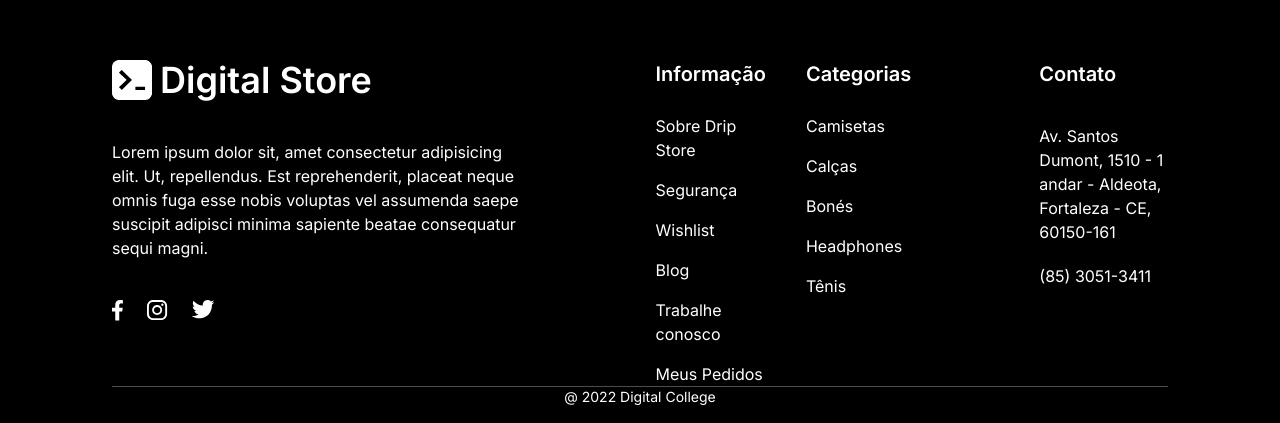
Repository: geracao-09/digital-store
Page: index.html
These files come from the project's save history. The page is drawn as it stood at one moment and after a run of saves; the edit follows.
The browser window is 1280 px wide. The pictures show the part of the page from y = 3410 to 3913 px (the page is 3833 px tall before and 3913 px after).
A picture or video elsewhere on the page could not be fetched, so the positions and the page height are approximate.

Above is the page before, as saved 2025-04-25 09:05:33.

### index.html
<!DOCTYPE html>
<html lang="pt-br">
<head>
    <meta charset="UTF-8">
    <meta name="viewport" content="width=device-width, initial-scale=1.0">
    <title>Digital Store</title>
    <link href="./style.css" rel="stylesheet">
    <script src="https://cdn.jsdelivr.net/npm/@tailwindcss/browser@4"></script>
    <link rel="shortcut icon" href="/assets/digital-logo.svg" type="image/x-icon">
</head>
<body>
<header class="flex flex-col gap-12 px-[108px] py-[38px]">
    <div class="flex items-center justify-between">
        <div class="flex gap-1">
            <img src="/assets/digital-logo.svg" alt="Logo da Digital Store">
            <h1 class="text-4xl text-(--primary-color) font-semibold">Digital Store</h1>
        </div>
        <input type="text" placeholder="Pesquisar produto..." class="bg-(--light-gray-3) py-2 px-3 rounded-lg ml-40 mr-14 bg-[url(/assets/icons/search.svg)] bg-no-repeat bg-right focus:placeholder-transparent w-[560px]" />
        <div>
            <a href="#" class="bg-(--primary-color) text-white rounded-lg px-7 py-3 font-bold text-sm">
                Entrar
            </a>
        </div>
        <div class="relative">
            <img src="/assets/icons/cart.svg" alt="Imagem de um carrinho de compras">
            <div class="flex justify-center items-center absolute bg-(--tertiary-color) text-white font-bold text-xs rounded-full w-[18px] h-[18px] bottom-[15px] left-3">
                2
            </div>
        </div>
    </div>
    </div>
    <nav class="pl-32">
        <ul class="flex gap-6 text-(--dark-gray-2)">
            <li class="hover:text-(--primary-color) hover:font-bold">
                <a href="#">
                Home
            </a>
        </li>
            <li class="hover:text-(--primary-color) hover:font-bold">
                <a href="#">
                Produtos
            </a>
        </li>
            <li class="hover:text-(--primary-color) hover:font-bold">
                <a href="#">
                Categorias
            </a>
        </li>
            <li class="hover:text-(--primary-color) hover:font-bold">
                <a href="#">
                Meus Pedidos
            </a>
        </li>
        </ul>
    </nav>
</header>
<main>
    <section class="flex px-[108px] bg-(--light-gray-3) py-[78px] h-[680px] relative">
        <div class="flex flex-col gap-5 w-[466px]">
            <p class="text-(--warning-color) font-bold">
                Melhores ofertas personalizadas
            </p>
            <h2 class="font-extrabold text-6xl">
                Queima de estoque Nike 🔥
            </h2>
            <p class="text-(--dark-gray-2) text-lg">
                Consequat culpa exercitation mollit nisi excepteur do do tempor laboris eiusmod irure consectetur.
            </p>
            <a href="#" class="flex items-center justify-center bg-(--primary-color) text-(--light-gray-3) font-bold w-[220px] h-[48px] rounded-lg">
                Ver Ofertas
            </a>
        </div>
        <img src="/assets/pictures/white-sneakers.svg" alt="Foto de um tenis branco" class="absolute right-28 bottom-8"/>
        <img src="/assets/ornaments/ornament.svg" alt="Firula do site - by wendell" class="absolute top-12 right-8">
    </section>
    <section class="flex flex-col gap-15 px-[108px] py-[42px]">
        <div class="flex flex-col gap-10">
            <h4 class="text-(--dark-gray-2) font-bold text-2xl">
                Coleções em destaque
            </h4>
            <ul class="grid grid-cols-3 gap-3.5 h-68">
                <li  class="flex bg-[#D8E3F2] pl-8 pt-8 rounded-md relative bg-[url(/assets/pictures/star-wars-shirt-pic.svg)] bg-no-repeat bg-bottom-right">
                    <div class="w-1/2 z-10">
                    <p class="bg-[#E7FF86] rounded-4xl font-bold text-(--dark-gray-2) w-[96px] text-center py-1.5 text-sm">
                        30% OFF
                    </p>
                    <h5 class="font-bold text-(--dark-gray) text-4xl mt-2.5 mb-8">
                        Novo drop Supreme
                    </h5>
                    <a href="#" class="text-(--primary-color) bg-white rounded-xl font-bold px-12 py-4.5">
                        Comprar
                    </a>
                </div>
                </li>
                <li  class="flex bg-[#D8E3F2] pl-8 pt-8 rounded-md relative bg-[url(/assets/pictures/sneaks-pic.svg)] bg-no-repeat bg-bottom-right">
                    <div class="w-1/2 z-10">
                    <p class="bg-[#E7FF86] rounded-4xl font-bold text-(--dark-gray-2) w-[96px] text-center py-1.5 text-sm">
                        30% OFF
                    </p>
                    <h5 class="font-bold text-(--dark-gray) text-4xl mt-2.5 mb-8">
                        Coleção Adidas
                    </h5>
                    <a href="#" class="text-(--primary-color) bg-white rounded-xl font-bold px-12 py-4.5">
                        Comprar
                    </a>
                </div>
                </li>
                <li  class="flex bg-[#D8E3F2] pl-8 pt-8 rounded-md relative bg-[url(/assets/pictures/headphone-pic.svg)] bg-no-repeat bg-bottom-right">
                    <div class="w-1/2 z-10">
                    <p class="bg-[#E7FF86] rounded-4xl font-bold text-(--dark-gray-2) w-[96px] text-center py-1.5 text-sm">
                        30% OFF
                    </p>
                    <h5 class="font-bold text-(--dark-gray) text-4xl mt-2.5 mb-8">
                        Novo<br> Beats Bass
                    </h5>
                    <a href="#" class="text-(--primary-color) bg-white rounded-xl font-bold px-12 py-4.5">
                        Comprar
                    </a>
                </div>
                </li>
            </ul>
        </div>
        <div class="bg-[url(/assets/icons/house-border.svg)] bg-no-repeat bg-center object-contain flex flex-col items-center gap-5 pt-5.5 h-[318px]">
            <h1 class="font-bold text-2xl text-(--dark-gray-2)">
                Coleções em destaque
            </h1>
            <ul class="flex gap-8">
                <li><a href="#">
                    <div class="bg-[url(/assets/icons/t-shirt.svg)] w-[104px] h-[104px] bg-white bg-no-repeat bg-center rounded-full"></div>
                    <p class="font-bold text-sm text-(--dark-gray-2) text-center">Camisetas</p>
                </a></li>
                <li><a href="#">
                    <div class="bg-[url(/assets/icons/pants.svg)] w-[104px] h-[104px] bg-white bg-no-repeat bg-center rounded-full"></div>
                    <p class="font-bold text-sm text-(--dark-gray-2) text-center">Calças</p>
                </a></li>
                <li><a href="#">
                    <div class="bg-[url(/assets/icons/cap.svg)] w-[104px] h-[104px] bg-white bg-no-repeat bg-center rounded-full"></div>
                    <p class="font-bold text-sm text-(--dark-gray-2) text-center">Bonés</p>
                </a></li>
                <li><a href="#">
                    <div class="bg-[url(/assets/icons/headphones.svg)] w-[104px] h-[104px] bg-white bg-no-repeat bg-center rounded-full"></div>
                    <p class="font-bold text-sm text-(--dark-gray-2) text-center">Headphones</p>
                </a></li>
                <li><a href="#">
                    <div class="bg-[url(/assets/icons/sneakers.svg)] w-[104px] h-[104px] bg-white bg-no-repeat bg-center rounded-full"></div>
                    <p class="font-bold text-sm text-(--dark-gray-2) text-center">Tênis</p>
                </a></li>
            </ul>
        </div>
    </section>
    <section class="px-[108px]">
        <div class="flex justify-between mb-5">
            <h4 class="text-(--dark-gray-2) font-bold text-2xl">
                Produtos em  alta
            </h4>
            <div class="flex gap-2 items-center">
                <a href="#" class="text-(--primary-color) text-[18px]">
                    Ver todos
                </a>
                <img src="/assets/ornaments/arrow-right.svg" alt="Flecha apontando pra direita" class="w-[24px]">
            </div>
        </div>
        <ul class="grid grid-cols-4">
            <li class="mb-5">
            <div class="bg-[url(/assets/pictures/sneaks-pic2.svg)] w-[292px] h-[320px] bg-white bg-no-repeat bg-center relative">
                <div class="flex justify-center items-center bg-[#E7FF86] font-bold text-sm h-[32px] w-[96px] rounded-4xl absolute left-5 top-5">50% off</div>
            </div>
                <div>
                    <p class="text-xs text-(--light-gray) font-bold">
                        Tênis
                    </p>
                    <h5 class="text-2xl text-(--dark-gray-2)">
                        K-Swiss V8 - Masculino
                    </h5>
                    <div class="flex gap-2">
                    <h5 class="text-(--light-gray) line-through text-2xl">
                        $200
                    </h5>
                    <h5 class="font-bold text-2xl">
                        $100
                    </h5>
                </div>
            </div>
            </li>
            <li class="mb-5">
            <div class="bg-[url(/assets/pictures/sneaks-pic2.svg)] w-[292px] h-[320px] bg-white bg-no-repeat bg-center relative">
                <div class="flex justify-center items-center bg-[#E7FF86] font-bold text-sm h-[32px] w-[96px] rounded-4xl absolute left-5 top-5">50% off</div>
            </div>
                <div>
                    <p class="text-xs text-(--light-gray) font-bold">
                        Tênis
                    </p>
                    <h5 class="text-2xl text-(--dark-gray-2)">
                        K-Swiss V8 - Masculino
                    </h5>
                    <div class="flex gap-2">
                    <h5 class="text-(--light-gray) line-through text-2xl">
                        $200
                    </h5>
                    <h5 class="font-bold text-2xl">
                        $100
                    </h5>
                </div>
            </div>
            </li>
            <li class="mb-5">
            <div class="bg-[url(/assets/pictures/sneaks-pic2.svg)] w-[292px] h-[320px] bg-white bg-no-repeat bg-center relative">
            </div>
                <div>
                    <p class="text-xs text-(--light-gray) font-bold">
                        Tênis
                    </p>
                    <h5 class="text-2xl text-(--dark-gray-2)">
                        K-Swiss V8 - Masculino
                    </h5>
                    <h5 class="font-bold text-2xl">
                        $100
                    </h5>
            </div>
            </li>
            <li class="mb-5">
            <div class="bg-[url(/assets/pictures/sneaks-pic2.svg)] w-[292px] h-[320px] bg-white bg-no-repeat bg-center relative">
            </div>
                <div>
                    <p class="text-xs text-(--light-gray) font-bold">
                        Tênis
                    </p>
                    <h5 class="text-2xl text-(--dark-gray-2)">
                        K-Swiss V8 - Masculino
                    </h5>
                    <h5 class="font-bold text-2xl">
                        $100
                    </h5>
            </div>
            </li>
            <li class="mb-5">
            <div class="bg-[url(/assets/pictures/sneaks-pic2.svg)] w-[292px] h-[320px] bg-white bg-no-repeat bg-center relative">
            </div>
                <div>
                    <p class="text-xs text-(--light-gray) font-bold">
                        Tênis
                    </p>
                    <h5 class="text-2xl text-(--dark-gray-2)">
                        K-Swiss V8 - Masculino
                    </h5>
                    <h5 class="font-bold text-2xl">
                        $100
                    </h5>
            </div>
            </li>
            <li class="mb-5">
            <div class="bg-[url(/assets/pictures/sneaks-pic2.svg)] w-[292px] h-[320px] bg-white bg-no-repeat bg-center relative">
            </div>
                <div>
                    <p class="text-xs text-(--light-gray) font-bold">
                        Tênis
                    </p>
                    <h5 class="text-2xl text-(--dark-gray-2)">
                        K-Swiss V8 - Masculino
                    </h5>
                    <h5 class="font-bold text-2xl">
                        $100
                    </h5>
            </div>
            </li>
            <li class="mb-5">
            <div class="bg-[url(/assets/pictures/sneaks-pic2.svg)] w-[292px] h-[320px] bg-white bg-no-repeat bg-center relative">
            </div>
                <div>
                    <p class="text-xs text-(--light-gray) font-bold">
                        Tênis
                    </p>
                    <h5 class="text-2xl text-(--dark-gray-2)">
                        K-Swiss V8 - Masculino
                    </h5>
                    <h5 class="font-bold text-2xl">
                        $100
                    </h5>
            </div>
            </li>
            <li class="mb-5">
            <div class="bg-[url(/assets/pictures/sneaks-pic2.svg)] w-[292px] h-[320px] bg-white bg-no-repeat bg-center relative">
            </div>
                <div>
                    <p class="text-xs text-(--light-gray) font-bold">
                        Tênis
                    </p>
                    <h5 class="text-2xl text-(--dark-gray-2)">
                        K-Swiss V8 - Masculino
                    </h5>
                    <h5 class="font-bold text-2xl">
                        $100
                    </h5>
            </div>
            </li>

        </ul>
    </section>
    <section class="flex justify-center items-center bg-white py-20 px-18 gap-28">
        <div>
            <div class="w-[456px] h-[456px] bg-linear-(--secondary-gradient) rounded-full  relative">
                <img src="/assets/pictures/ei-jordao.svg" alt="" class="w-[574px] absolute top-[12%] right-[12%] scale-135">
            </div>
        </div>
        <div class="flex flex-col gap-4 w-[40%]">
            <p class="text-sm text-(--primary-color) font-bold">
                Oferta especial
            </p>
            <h2 class="font-bold text-(--dark-gray-2) text-5xl">
                Air Jordan edição de colecionador
            </h2>
            <p class="text-(--dark-gray-2)">
                Lorem ipsum dolor sit amet, consectetur adipiscing elit, sed do eiusmod tempor incididunt ut labore et dolore magna aliqua. Ut enim ad minim veniam, quis nostrud exercitation ullamco laboris nisi ut aliquip
            </p>
            <a href="#" class="flex items-center justify-center bg-(--primary-color) text-(--light-gray-3) font-bold w-[220px] h-[48px] rounded-lg mt-6">
                Ver Ofertas
            </a>
        </div>
    </section>
</main>
<footer class="bg-black text-white pt-20 pb-4 px-28 flex flex-col">
    <div class="flex gap-32">
        <div  class="flex flex-col gap-10">
            <div class="flex gap-2">
                <img src="/assets/white-logo.svg" alt="Logo da Digital em branco">
                <h4 class="font-semibold text-4xl">Digital Store</h4>
            </div>
        <div>
            <p>Lorem ipsum dolor sit, amet consectetur adipisicing elit. Ut, repellendus. Est reprehenderit, placeat neque omnis fuga esse nobis voluptas vel assumenda saepe suscipit adipisci minima sapiente beatae consequatur sequi magni.</p>
        </div>
        <div>
            <ul class="flex gap-6">
                <li><img src="/assets/icons/facebook.svg" alt="logo da facebook"></li>
                <li><img src="/assets/icons/instagram.svg" alt="logo do instagram"></li>
                <li><img src="/assets/icons/twitter.svg" alt="logo da twitter, vulgo, X"></li>
            </ul>
        </div>
    </div>
        <div class="flex gap-10">
            <ul class="flex flex-col gap-4 list-none">
                <li class="font-semibold text-xl mb-2.5">Informação</li>
                <li><a href="#">
                    Sobre Drip Store
                </a></li>
                <li><a href="#">
                    Segurança
                </a></li>
                <li><a href="#">
                    Wishlist
                </a></li>
                <li><a href="#">
                    Blog
                </a></li>
                <li><a href="#">
                    Trabalhe conosco
                </a></li>
                <li><a href="#">
                    Meus Pedidos
                </a></li>
            </ul>
            <ul class="flex flex-col gap-4 list-none">
                <li class="font-semibold text-xl mb-2.5">Categorias</li>
                <li><a href="#">
                    Camisetas
                </a></li>
                <li><a href="#">
                    Calças
                </a></li>
                <li><a href="#">
                    Bonés
                </a></li>
                <li><a href="#">
                    Headphones
                </a></li>
                <li><a href="#">
                    Tênis
                </a></li>
            </ul>
        </div>
        <div class="flex flex-col gap-5">
            <h6 class="font-semibold text-xl mb-4">Contato</h6>
            <p>Av. Santos Dumont, 1510 - 1 andar - Aldeota, Fortaleza - CE, 60150-161</p>
            <p>(85) 3051-3411</p>
        </div>
    </div>
    <hr class="opacity-30">
    <div class="text-center">
        <p class="text-sm">@ 2022 Digital College</p>
    </div>
</footer>
</body>
</html>

### style.css
@import url('https://fonts.googleapis.com/css2?family=Inter:ital,opsz,wght@0,14..32,100..900;1,14..32,100..900&display=swap');

:root {
    --dark-gray: #1F1F1F;
    --dark-gray-2: #474747;
    --dark-gray-3: #666666;
    --light-gray: #8F8F8F;
    --light-gray-2: #CCCCCC;
    --light-gray-3: #F5F5F5;
    --white: #FFFFFF;
    --primary-color: #C92071;
    --secondary-color: #B5B6F2;
    --tertiary-color: #991956;
    --error-color: #EE4266;
    --success-color: #52CA76;
    --warning-color: #F6AA1C;
    --primary-gradient: 180deg,#C92071, #EDABCA;
    --secondary-gradient: 180deg, #B5B6F2, #EFEFFF;
}

* {
    font-family: "Inter", sans-serif;
    box-sizing: border-box;
}

main {
    background-color: #F9F8FE;
}

### assets/icons/instagram.svg
<svg width="21" height="21" viewBox="0 0 21 21" fill="none" xmlns="http://www.w3.org/2000/svg">
<path d="M15.3772 3.59082C15.0646 3.59082 14.7647 3.71504 14.5436 3.93614C14.3225 4.15725 14.1982 4.45713 14.1982 4.76982C14.1981 4.92473 14.2285 5.07815 14.2877 5.22131C14.3469 5.36447 14.4337 5.49456 14.5432 5.60415C14.6527 5.71373 14.7827 5.80066 14.9258 5.85998C15.0689 5.91929 15.2223 5.94982 15.3772 5.94982C15.6899 5.94982 15.9898 5.82561 16.2109 5.6045C16.432 5.38339 16.5562 5.08351 16.5562 4.77082C16.5564 4.61591 16.526 4.46249 16.4668 4.31933C16.4076 4.17617 16.3208 4.04608 16.2113 3.93649C16.1018 3.82691 15.9718 3.73997 15.8287 3.68066C15.6856 3.62135 15.5322 3.59082 15.3772 3.59082Z" fill="white"/>
<path d="M10.1361 5.10303C8.82331 5.10435 7.56467 5.62637 6.63631 6.55454C5.70794 7.48272 5.18567 8.74126 5.18408 10.054C5.18567 11.3669 5.70791 12.6255 6.63625 13.5539C7.56458 14.4822 8.82322 15.0044 10.1361 15.006C11.449 15.0044 12.7076 14.4822 13.6359 13.5539C14.5643 12.6255 15.0865 11.3669 15.0881 10.054C15.0865 8.74126 14.5642 7.48272 13.6359 6.55454C12.7075 5.62637 11.4489 5.10435 10.1361 5.10303ZM10.1361 13.226C9.29489 13.2252 8.48838 12.8906 7.89366 12.2957C7.29894 11.7008 6.96461 10.8942 6.96408 10.053C6.96488 9.21201 7.29933 8.40566 7.89402 7.81096C8.48871 7.21627 9.29506 6.88182 10.1361 6.88103C10.9771 6.88182 11.7835 7.21627 12.3782 7.81096C12.9728 8.40566 13.3073 9.21201 13.3081 10.053C13.3076 10.8942 12.9732 11.7008 12.3785 12.2957C11.7838 12.8906 10.9773 13.2252 10.1361 13.226Z" fill="white"/>
<path d="M14.0681 20.108H6.03607C4.43499 20.1061 2.90003 19.4693 1.7679 18.3371C0.635768 17.205 -0.00107705 15.67 -0.00292969 14.069V6.04098C-0.00134169 4.43973 0.635388 2.90451 1.76755 1.77216C2.89971 0.639813 4.43482 0.00282968 6.03607 0.000976562H14.0641C15.6651 0.0028292 17.2001 0.639674 18.3322 1.7718C19.4644 2.90394 20.1012 4.4389 20.1031 6.03998V14.068C20.1015 15.6685 19.4653 17.2031 18.334 18.3354C17.2027 19.4676 15.6686 20.1051 14.0681 20.108ZM6.03607 1.89297C4.93662 1.8943 3.88259 2.33164 3.10516 3.10907C2.32773 3.88649 1.8904 4.94053 1.88907 6.03998V14.068C1.88881 15.1685 2.32544 16.224 3.10304 17.0028C3.88064 17.7815 4.93558 18.2197 6.03607 18.221H14.0641C15.1638 18.2199 16.2182 17.7827 16.996 17.0053C17.7738 16.2279 18.2115 15.1737 18.2131 14.074V6.04597C18.2115 4.94626 17.7738 3.89208 16.996 3.11465C16.2182 2.33722 15.1638 1.90003 14.0641 1.89898L6.03607 1.89297Z" fill="white"/>
</svg>

### assets/icons/pants.svg
<svg width="64" height="64" viewBox="0 0 64 64" fill="none" xmlns="http://www.w3.org/2000/svg">
<path d="M20.3125 0.149998C19.7875 0.450001 19.7625 0.612499 19.75 2.9125V5.125L13.3625 32.25C9.41247 49.075 6.99997 59.55 7.02497 59.8375C7.04997 60.15 7.16247 60.3625 7.37497 60.525C7.69997 60.7625 18.2875 64 18.7375 64C18.875 64 19.125 63.875 19.3 63.7125C19.525 63.525 21.775 58.3875 27.075 46C31.1875 36.4125 34.575 28.525 34.6125 28.475C34.6875 28.3875 39.375 39.175 39.375 39.4125C39.375 39.4625 38.225 39.5 36.8125 39.5C34.25 39.5 34.2375 39.5 33.9375 39.8125L33.625 40.1125V45.3V50.4875L33.9125 50.8125C34.1625 51.1 34.625 51.2125 39.7875 52.25C43.6875 53.025 45.4625 53.3375 45.6625 53.2625C45.8125 53.2 48.3875 50.95 51.375 48.2625C55.8 44.2875 56.8375 43.2875 56.975 42.9125C57.1 42.5625 57.125 41.8375 57.1 40.25L57.05 38.0625L53.375 21.9375L49.7 5.8125L49.6375 3.2125L49.5625 0.599998L49.2125 0.299999L48.8625 0H34.7125C24.3 0.0125008 20.5 0.0499992 20.3125 0.149998ZM26.125 3.1875V4.25H24H21.875V3.1875V2.125H24H26.125V3.1875ZM31.5 3.1875V4.25H29.875H28.25V3.1875V2.125H29.875H31.5V3.1875ZM35.75 3.1875V4.25H34.6875H33.625V3.1875V2.125H34.6875H35.75V3.1875ZM41.1 3.2125L41.1375 4.25H39.5H37.875V3.1875V2.1125L39.475 2.15L41.0625 2.1875L41.1 3.2125ZM47.5 3.1875V4.25H45.375H43.25V3.1875V2.125H45.375H47.5V3.1875ZM26.125 7.775C26.125 9.4375 25.875 10.1375 25.025 10.9C24.3125 11.5375 23.5125 11.75 21.7875 11.75C20.4875 11.75 20.3625 11.725 20.425 11.525C20.5 11.3 21.625 6.5 21.625 6.425C21.625 6.4 22.6375 6.375 23.875 6.375H26.125V7.775ZM33.625 15.8375V25.3125L25.8625 43.4375C21.5875 53.4 18.0875 61.575 18.075 61.5875C18.0375 61.6375 9.59997 59.125 9.42497 59.0125C9.32497 58.9625 10.9625 51.8 14.575 36.4375C17.4875 24.0625 19.875 13.925 19.875 13.9C19.875 13.8875 20.625 13.875 21.55 13.875C24.225 13.875 25.3125 13.55 26.575 12.35C27.8 11.1875 28.25 9.95 28.25 7.6875V6.375H30.9375H33.625V15.8375ZM37.875 14.6625V22.95L37.225 23.4375C36.8625 23.7 36.375 24.05 36.1625 24.225L35.75 24.525V15.45V6.375H36.8125H37.875V14.6625ZM41.1375 8.125C41.225 10.0625 41.325 10.4625 42 11.4625C42.5625 12.3125 43.2375 12.9 44.1625 13.325C45.1 13.75 45.925 13.875 47.7625 13.875C49.325 13.875 49.375 13.8875 49.4375 14.15C50.875 20.25 54.875 38.425 54.875 38.875V39.5H48.325H41.775L39.075 33.2C37.5875 29.7375 36.375 26.85 36.375 26.7875C36.3875 26.7375 37.1125 26.15 37.9875 25.5C38.875 24.85 39.6875 24.1625 39.8 23.975C39.975 23.6875 40 22.6875 40 15V6.3625L40.5375 6.4L41.0625 6.4375L41.1375 8.125ZM48.275 9C48.6 10.4125 48.8625 11.6125 48.8625 11.675C48.875 11.725 48.125 11.7625 47.225 11.725C45.675 11.6875 45.5125 11.65 44.9 11.325C43.625 10.625 43.25 9.825 43.25 7.8125V6.375L45.4625 6.4L47.6875 6.4375L48.275 9ZM54.875 41.9375C54.875 42.1875 53.9125 43.1125 49.95 46.6875L45.025 51.125L40.6625 50.25C38.275 49.775 36.1875 49.35 36.0375 49.3125L35.75 49.25V45.4375V41.625H45.3125H54.875V41.9375Z" fill="#8F8F8F"/>
</svg>

Loaded but not shown: assets/icons/headphones.svg (8 lines, source omitted)

After the next 2 saves:
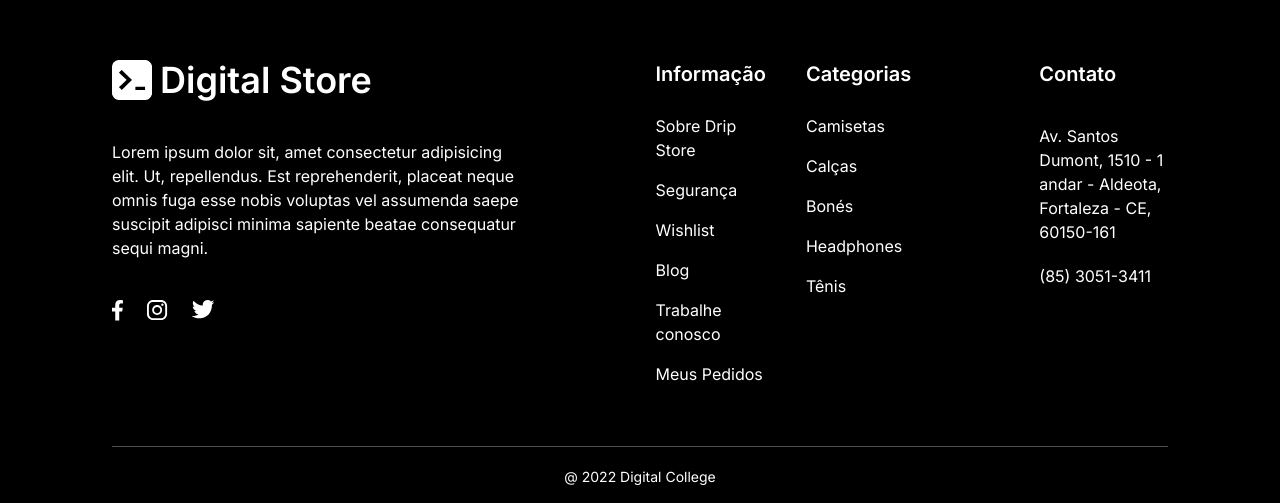
The 2 saves are shown as one change because they came seconds apart.
The last was saved 11 s later.
--- a/index.html
+++ b/index.html
@@ -383,7 +383,7 @@
             <p>(85) 3051-3411</p>
         </div>
     </div>
-    <hr class="opacity-30">
+    <hr class="opacity-30 mt-15 mb-5">
     <div class="text-center">
         <p class="text-sm">@ 2022 Digital College</p>
     </div>
